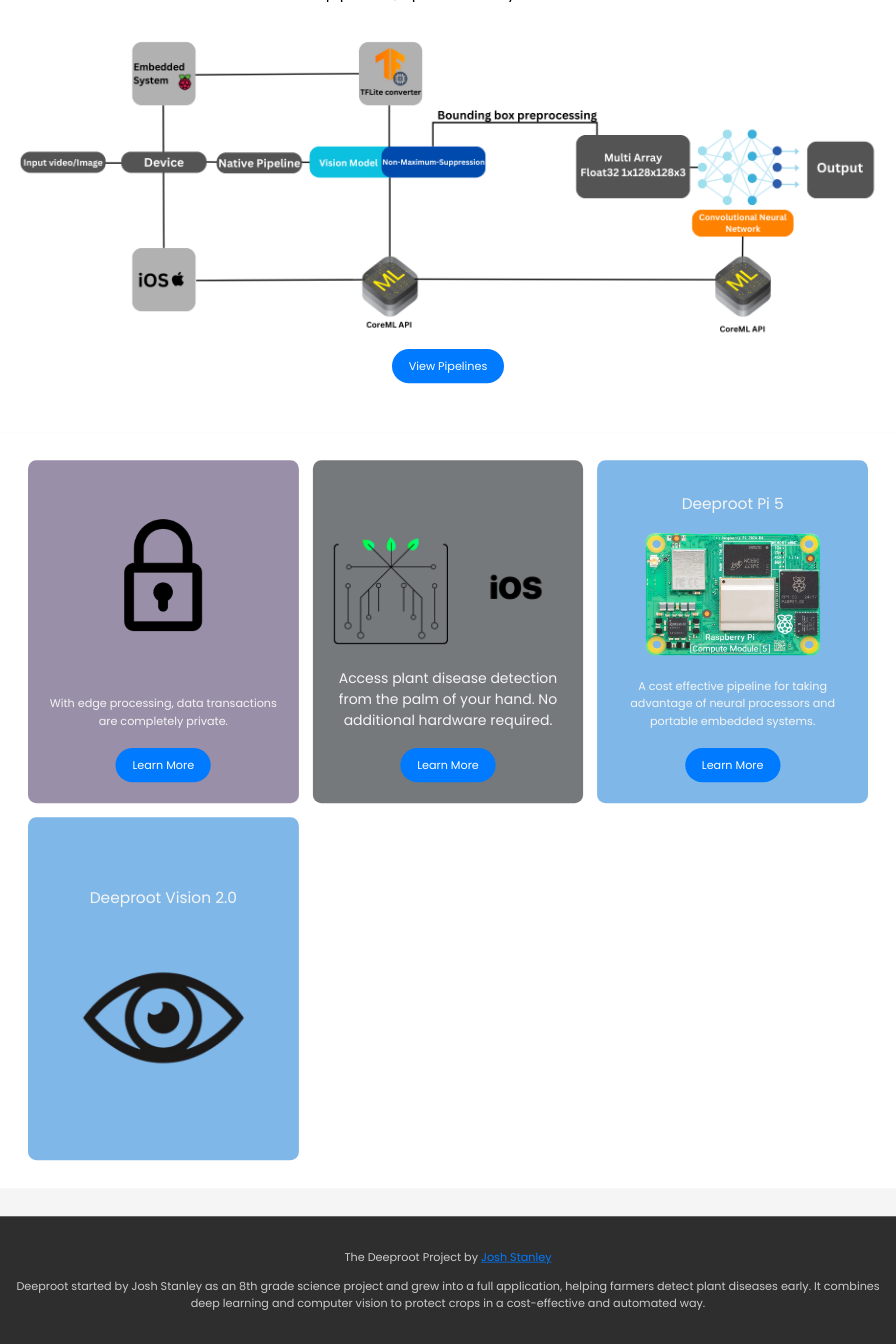
Repository: jss1118/The-Deeproot-Project
Page: Website/index.html
An editor plug-in stored every save of this project. The page is shown before and after the next save, followed by the edit.
The browser window is 1280 px wide. The pictures show the part of the page from y = 1292 to 3212 px (the page is 3212 px tall), at 70% of full size.

Above is the page before, as saved 2025-03-21 20:26:27.

After the next save:
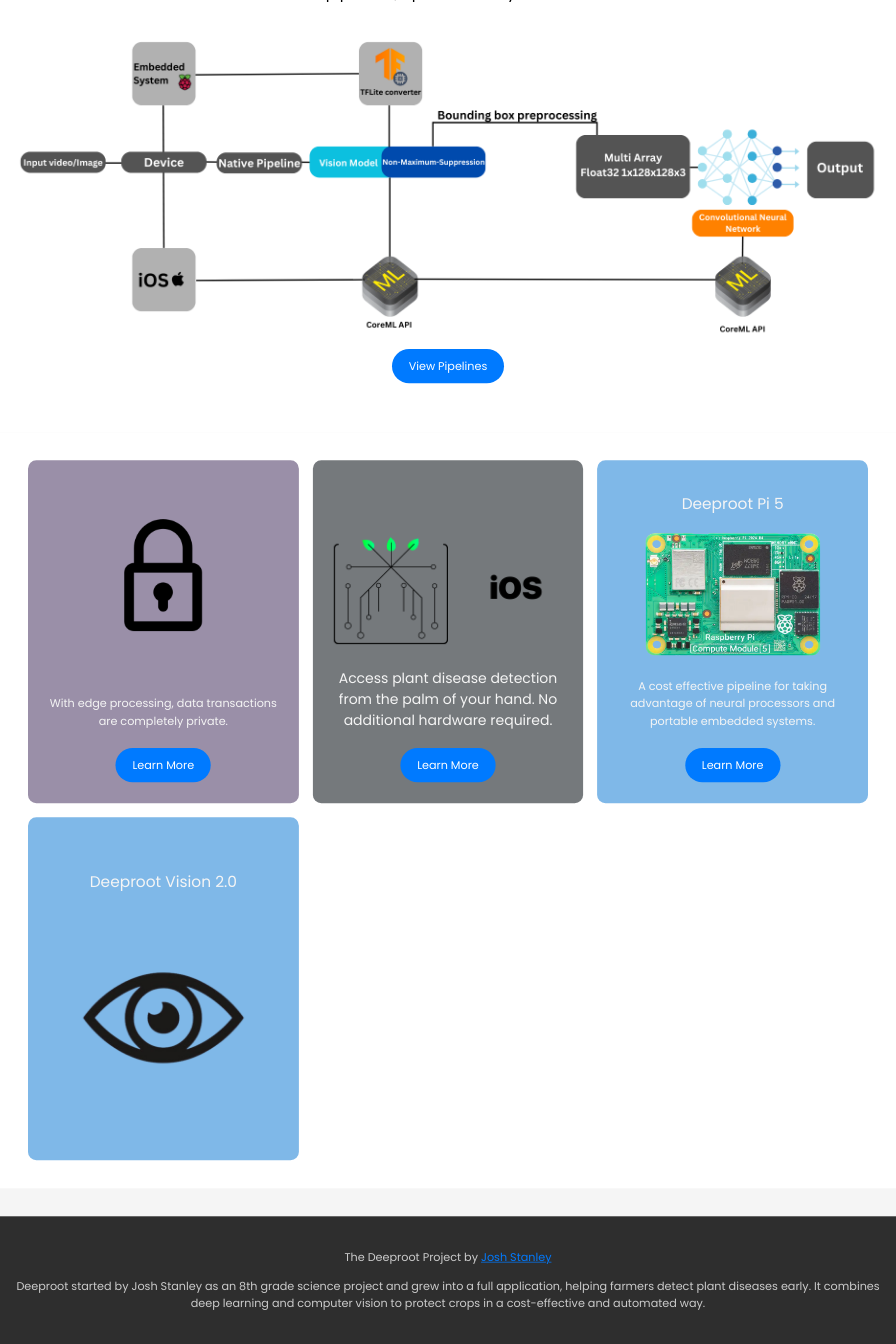
Saved 15 s later.
--- a/Website/index.html
+++ b/Website/index.html
@@ -72,7 +72,7 @@
       font-size: 22px;
       margin-bottom: 5px;
       position: relative;
-      top: 23px;
+
     }
     .mainpagelink a {
       display: inline-block;
